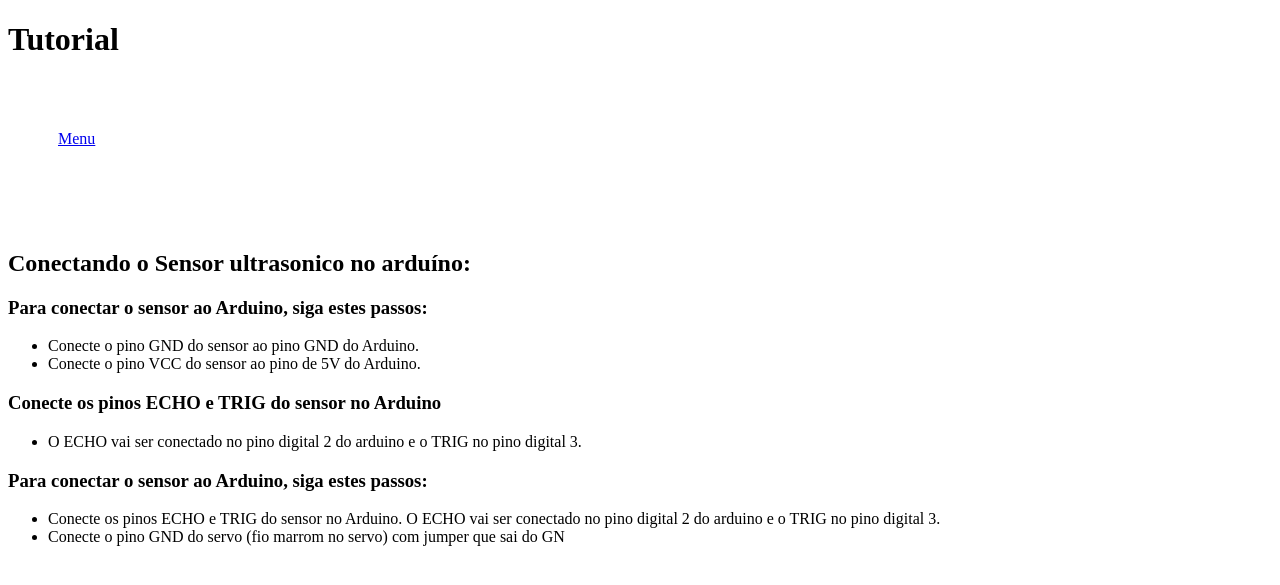
Repository: Eito2511/Site-tutorial-arduino
Page: tutorial.html
These files come from the project's save history. The page is drawn as it stood at one moment and after the next save; the edit follows.
The browser window is 1280 px wide. The pictures show the whole page.

Above is the page before, as saved 2025-06-03 18:29:56.

After the next save:
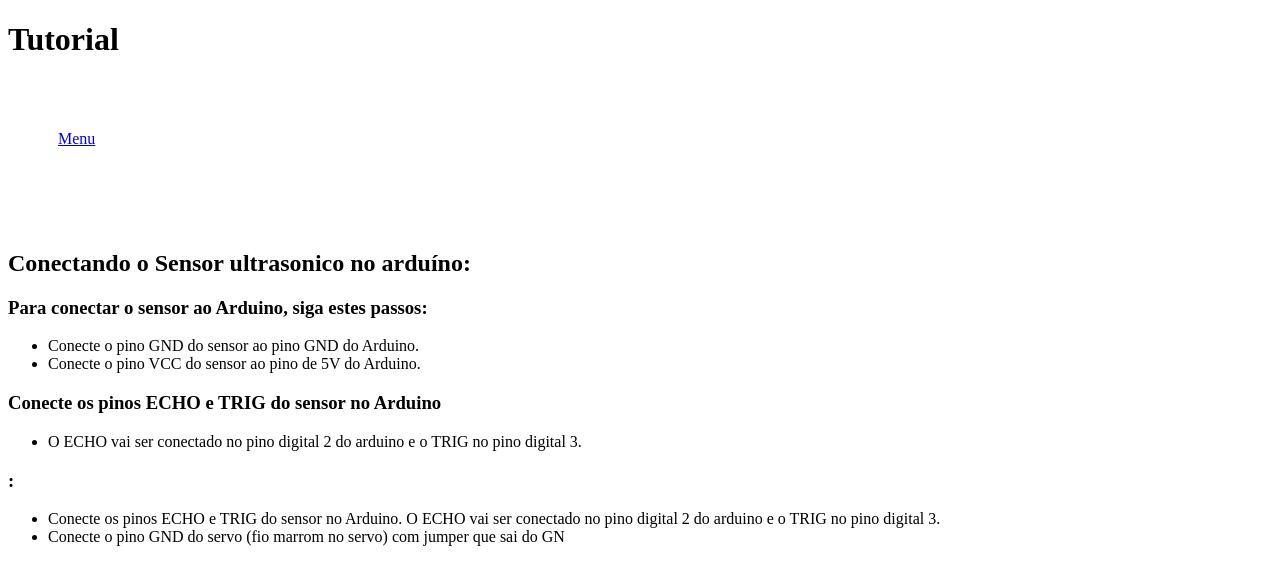
Saved 27 s later.
--- a/tutorial.html
+++ b/tutorial.html
@@ -28,7 +28,7 @@
     </div>
 
     <div>
-      <h3>Para conectar o sensor ao Arduino, siga estes passos:</h2>
+      <h3>:</h2>
       <ul>
         <li>
           Conecte os pinos ECHO e TRIG do sensor no Arduino. O ECHO vai ser
